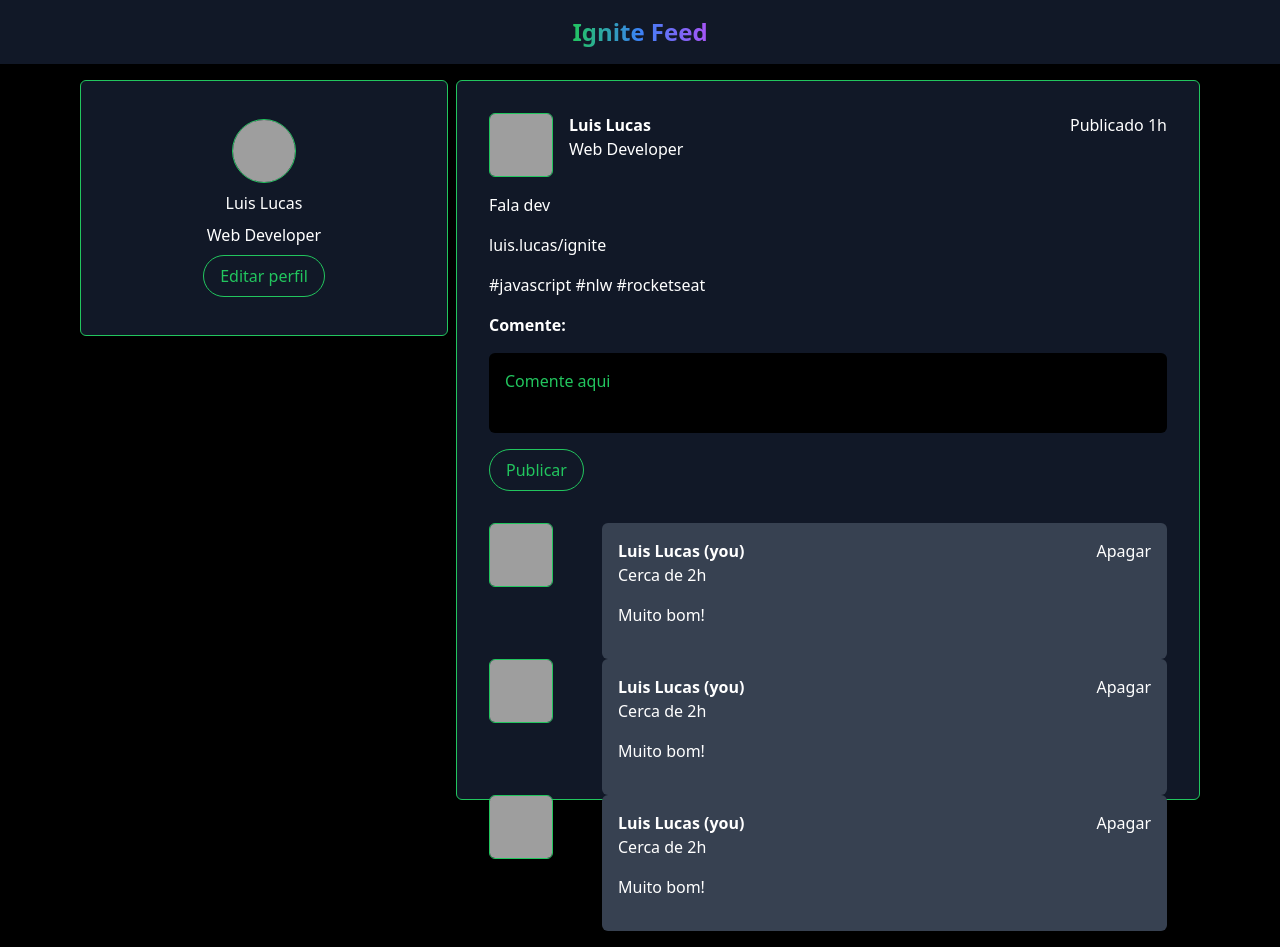
Repository: LuisSempre/ignite-feed
Page: /
The author's editor kept a copy of each file at every save. The page is drawn from the files as they stood at one save, then again after the next save.
The browser window is 1280 px wide. The pictures show the whole page.
Pictures or frames that could not be fetched are drawn as grey boxes. The project was rebuilt for these pictures with package versions that can differ from the ones it lists, and the page was loaded fresh each time. Also part of the build but not shown: vite.config.js.

Above is the page before, as saved 2022-07-14 21:45:08.

### src/App.jsx
import { Header } from "./Components/Header"
import { Sidebar } from "./Components/Sidebar"
import { Post } from "./Components/Post"

function App() {
  return (
    <div>
      <Header />
      <div className="grid items-start max-w-6xl grid-cols-3 gap-2 p-4 mx-auto">
        <Sidebar />
        <div className="col-span-2">
         <Post />
        </div>
      </div>
    </div>
  );
}

export default App;

### src/index.css
@tailwind base;
@tailwind components;
@tailwind utilities;

body {
    @apply bg-black text-white;
}

### src/Components/Header.jsx
export function Header() {
  return (
    <div className="flex items-center justify-center h-16 bg-gray-900 mx-auto w-full">
      <h1 className="text-2xl font-bold text-transparent bg-clip-text bg-gradient-to-r from-green-500  via-blue-500 to-purple-500">Ignite Feed</h1>
    </div>
  )
}

### src/Components/Sidebar.jsx
export function Sidebar() {
  return (
    <div className="rounded-md bg-gray-900 justify-center items-center flex flex-col text-center h-64 space-y-2  border border-green-500">
        <img
          className="w-16 h-16 rounded-full overflow-hidden object-cover border border-green-500"
          src="https://avatars.githubusercontent.com/u/32404639?v=4"
          alt=""
        />
        <h1>Luis Lucas</h1>
        <span>Web Developer</span>
        <a
          href=""
          className="border border-green-500 px-4 py-2 rounded-full text-green-500"
        >
          Editar perfil
        </a>
    </div>
  );
}

### src/Components/Post.jsx
import { Comment } from "./Comment";

export function Post() {
  return (
    <div className="h-screen p-8 space-y-4 bg-gray-900 border border-green-500 rounded-md ">
      <div className="flex justify-between ">
        <div className="flex gap-4">
          <img
            className="w-16 h-16 border border-green-500 rounded-md"
            src="https://github.com/luissempre.png"
            alt=""
          />
          <div className="flex flex-col">
            <strong>Luis Lucas </strong>
            <span>Web Developer</span>
          </div>
        </div>
        <div>
          <time dataTime="2022-05-11 08:13:00">Publicado 1h</time>
        </div>
      </div>
      <div className="space-y-4">
        <p>Fala dev</p>
        <p>luis.lucas/ignite</p>
        <p>#javascript #nlw #rocketseat</p>
      </div>

      <form className="flex flex-col items-start justify-start space-y-4">
        <strong>Comente:</strong>
        <textarea
          className="w-full p-4 placeholder-green-500 bg-black rounded-md resize-none focus:-green-500"
          placeholder="Comente aqui"
        />
        <button
          type="submit"
          className="px-4 py-2 text-green-500 border border-green-500 rounded-full"
        >
          Publicar
        </button>
      </form>
      <div className="py-4">
        <Comment />
        <Comment />
        <Comment />
      </div>
    </div>
  );
}

### src/Components/Comment.jsx
export function Comment() {
  return (
    <div className="grid grid-cols-6 gap-0">
      <div>
        <img
          className="w-16 h-16 border border-green-500 rounded-md"
          src="https://github.com/luissempre.png"
          alt=""
        />
      </div>
      <div className="col-span-5 p-4 bg-gray-700 rounded-md">
        <div className="flex justify-between">
          <div className="flex gap-4">
            <div className="flex flex-col">
              <strong>Luis Lucas (you) </strong>
              <span>Cerca de 2h</span>
              <div className="py-4">
                <p>Muito bom!</p>
              </div>
            </div>
          </div>
          <div>
            <time dataTime="2022-05-11 08:13:00">Apagar</time>
          </div>
        </div>
      </div>
    </div>
  );
}

Loaded but not shown: index.html (common file); src/main.jsx (common file); tailwind.config.js (common file)

After the next save:
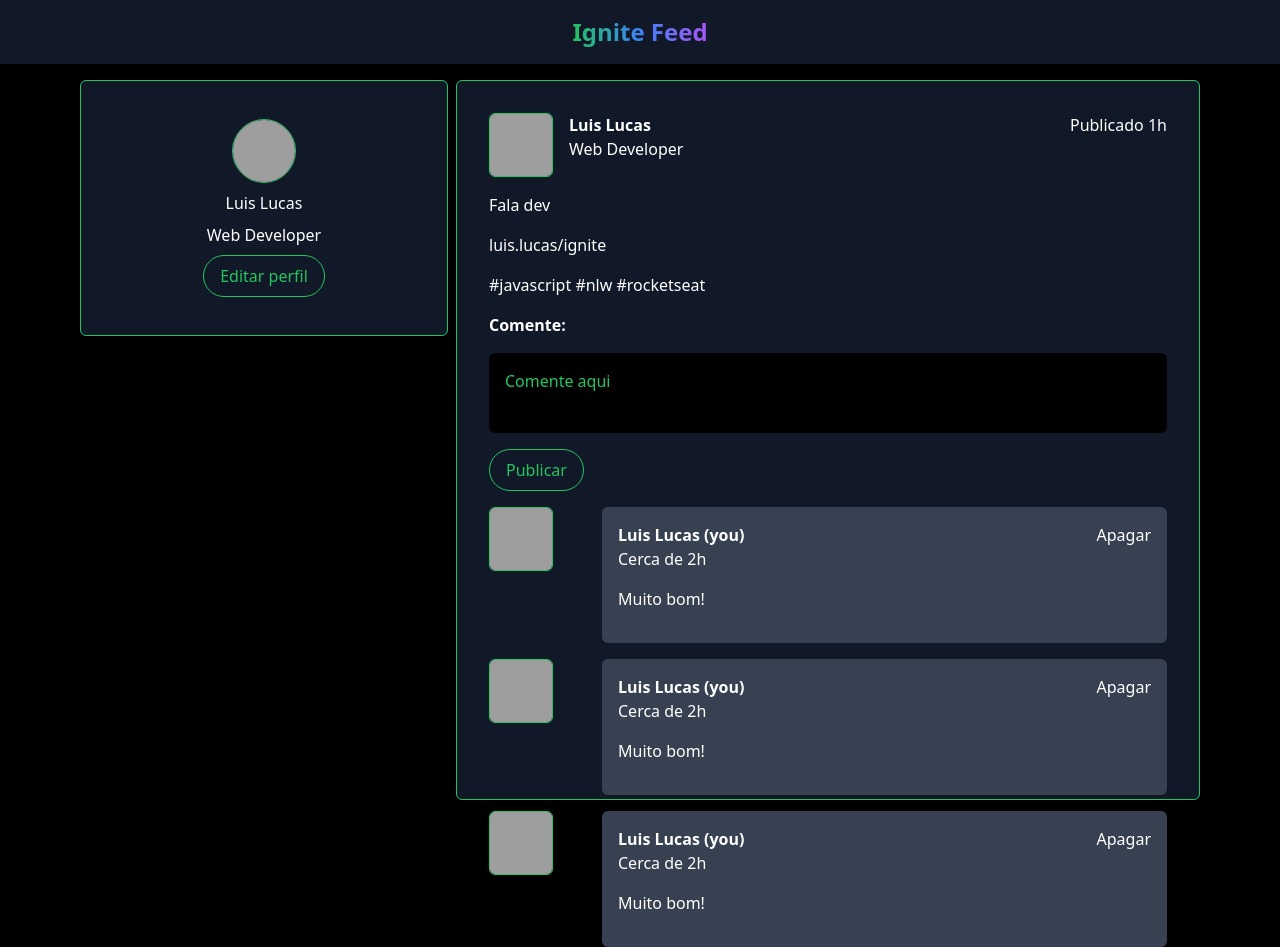
Saved 29 s later.
--- a/src/Components/Post.jsx
+++ b/src/Components/Post.jsx
@@ -38,7 +38,7 @@ export function Post() {
           Publicar
         </button>
       </form>
-      <div className="py-4">
+      <div className="space-y-4">
         <Comment />
         <Comment />
         <Comment />
